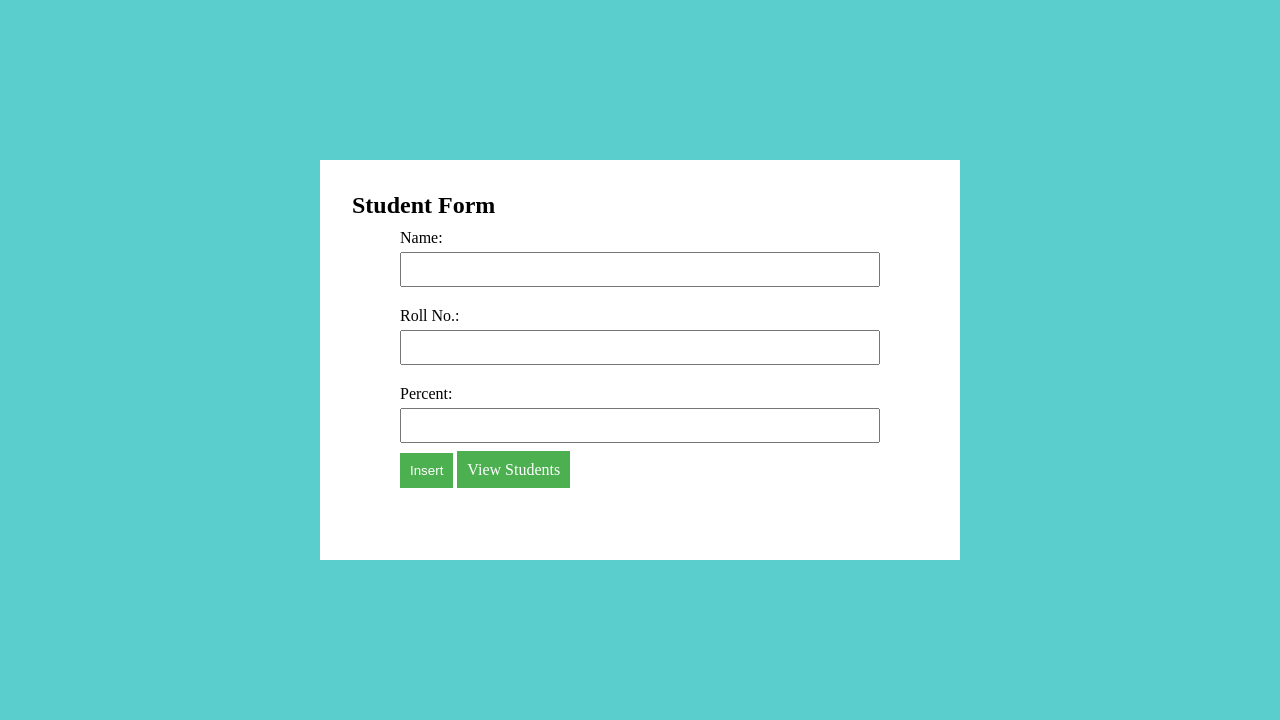
Repository: deeptimahisare1206/Todo_List
Page: http://localhost/Hib_Nest/
These files come from the project's save history. The page is drawn as it stood at one moment and after the next save; the edit follows.
The browser window is 1280 px wide. The pictures show the whole page.
The page is served by Tomcat 10. Other server files are loaded and not shown.

Above is the page before, as saved 2024-11-12 16:48:49.

### Hib_Nest/src/main/webapp/index.jsp
<%@ page language="java" contentType="text/html; charset=UTF-8"
	pageEncoding="UTF-8"%>
<html>
<head>
<style>
*{
margin:0;
padding:0;
box-sizing: border-box;

}
body {
display:grid;
place-items:center;
	background-color: #5acdcd;
	gap: 2rem;
	height: 100vh;
}

div{
padding:2rem;
	background-color: white;
	height: 25rem;
	width:50vw;
}

form {
    width: 30rem;
    margin: 0 auto;
}

label {
    display: block;
    margin: 10px 0 5px;
}

input[type="text"],
input[type="number"] {
    width: 100%;
    padding: 8px;
    margin-bottom: 10px;
}

input[type="submit"] ,a{
    background-color: #4CAF50;
    color: white;
    padding: 10px;
    border: none;
    cursor: pointer;
    text-decoration: none;
}

input[type="submit"]:hover {
    background-color: #45a049;
}
</style>
</head>
<body>
<div>
	<h2>Student Form</h2>

	<form action="Register" method="get">
		<label>Name:</label><input type="text" name="name"><label>Roll
			No.: </label> <input type="number" name="roll"> <label>Percent:
		</label><input type="number" name="percent"> <input type="submit"
			value="Insert">
			<a href="Display.jsp">View Students</a>
	</form>
	</div>
</body>
</html>

After the next save:
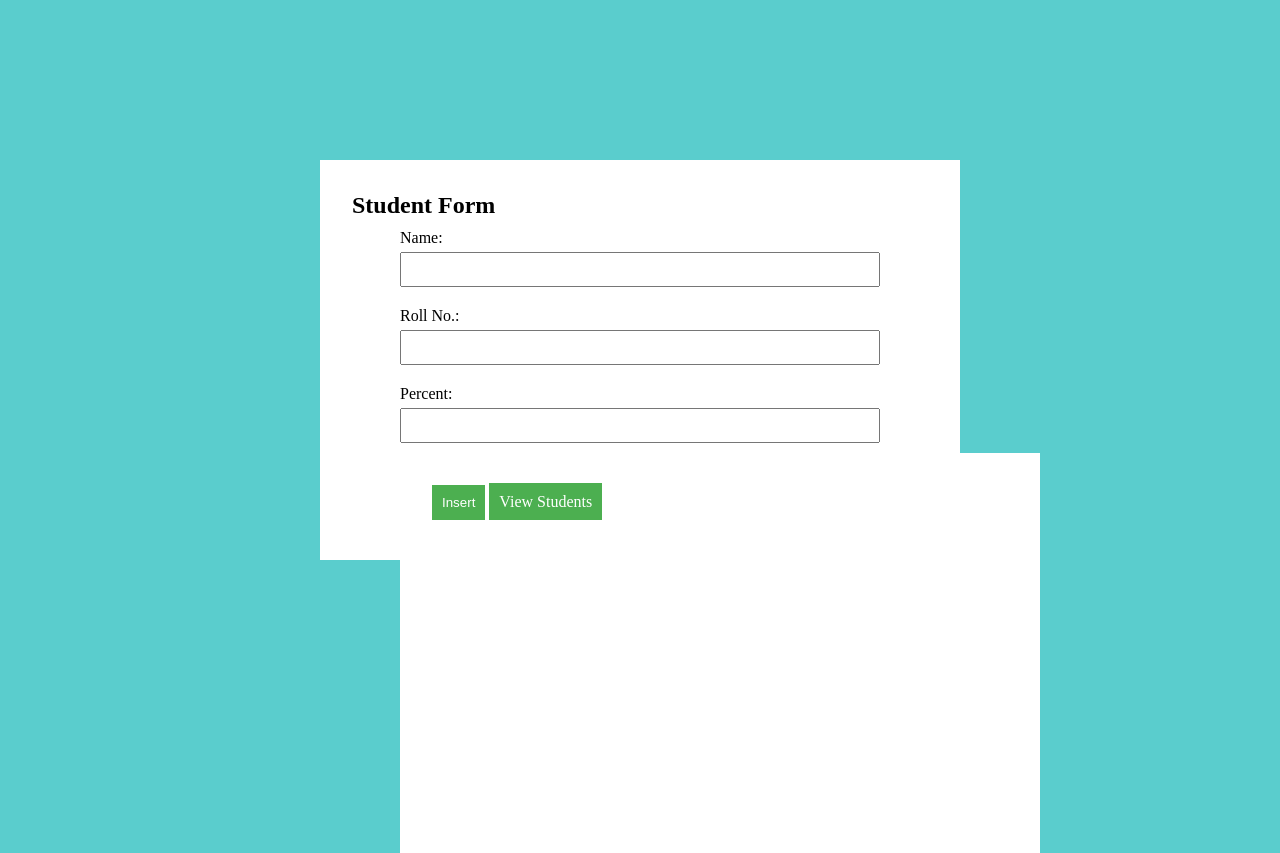
Saved 4 days later.
--- a/Hib_Nest/src/main/webapp/index.jsp
+++ b/Hib_Nest/src/main/webapp/index.jsp
@@ -62,9 +62,10 @@ input[type="submit"]:hover {
 	<form action="Register" method="get">
 		<label>Name:</label><input type="text" name="name"><label>Roll
 			No.: </label> <input type="number" name="roll"> <label>Percent:
-		</label><input type="number" name="percent"> <input type="submit"
+		</label><input type="number" name="percent">
+		<div class="btns"> <input type="submit"
 			value="Insert">
-			<a href="Display.jsp">View Students</a>
+			<a href="Display.jsp">View Students</a></div>
 	</form>
 	</div>
 </body>

After the save that followed:
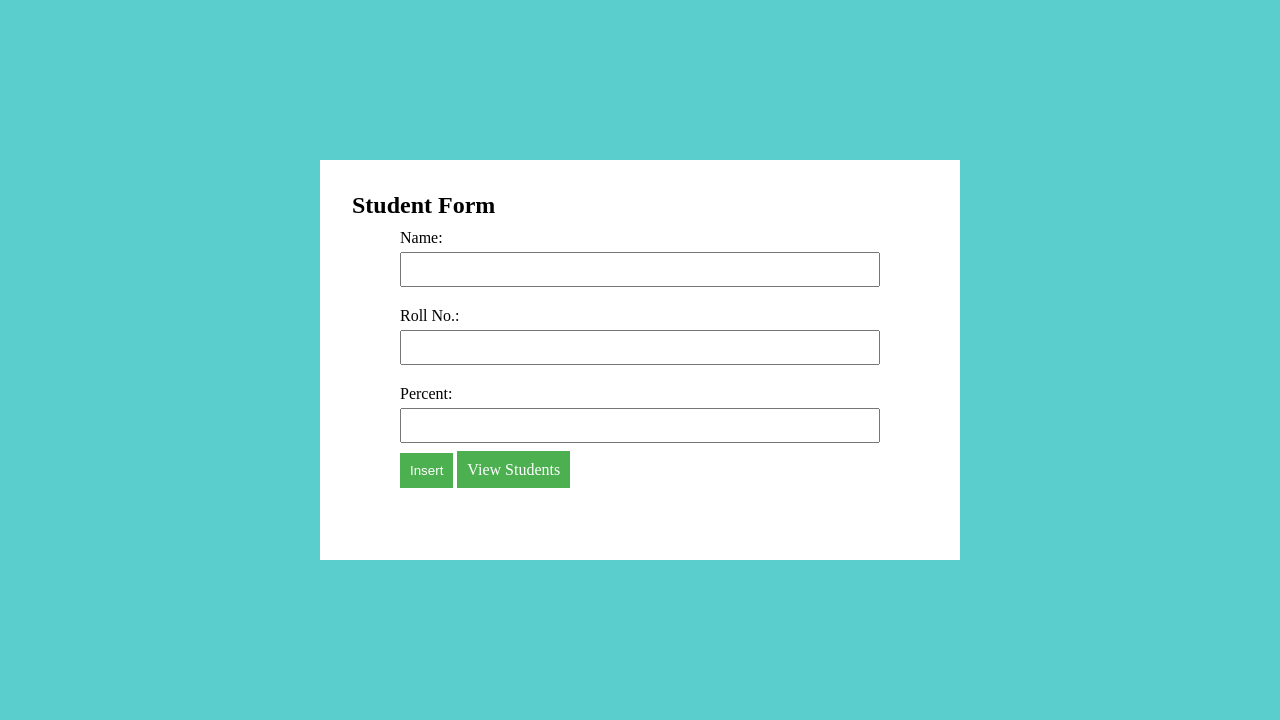
Saved 69 s later.
--- a/Hib_Nest/src/main/webapp/index.jsp
+++ b/Hib_Nest/src/main/webapp/index.jsp
@@ -17,7 +17,7 @@ place-items:center;
 	height: 100vh;
 }
 
-div{
+.container{
 padding:2rem;
 	background-color: white;
 	height: 25rem;
@@ -53,10 +53,12 @@ input[type="submit"] ,a{
 input[type="submit"]:hover {
     background-color: #45a049;
 }
+.btns{
+}
 </style>
 </head>
 <body>
-<div>
+<div class="container">
 	<h2>Student Form</h2>
 
 	<form action="Register" method="get">
